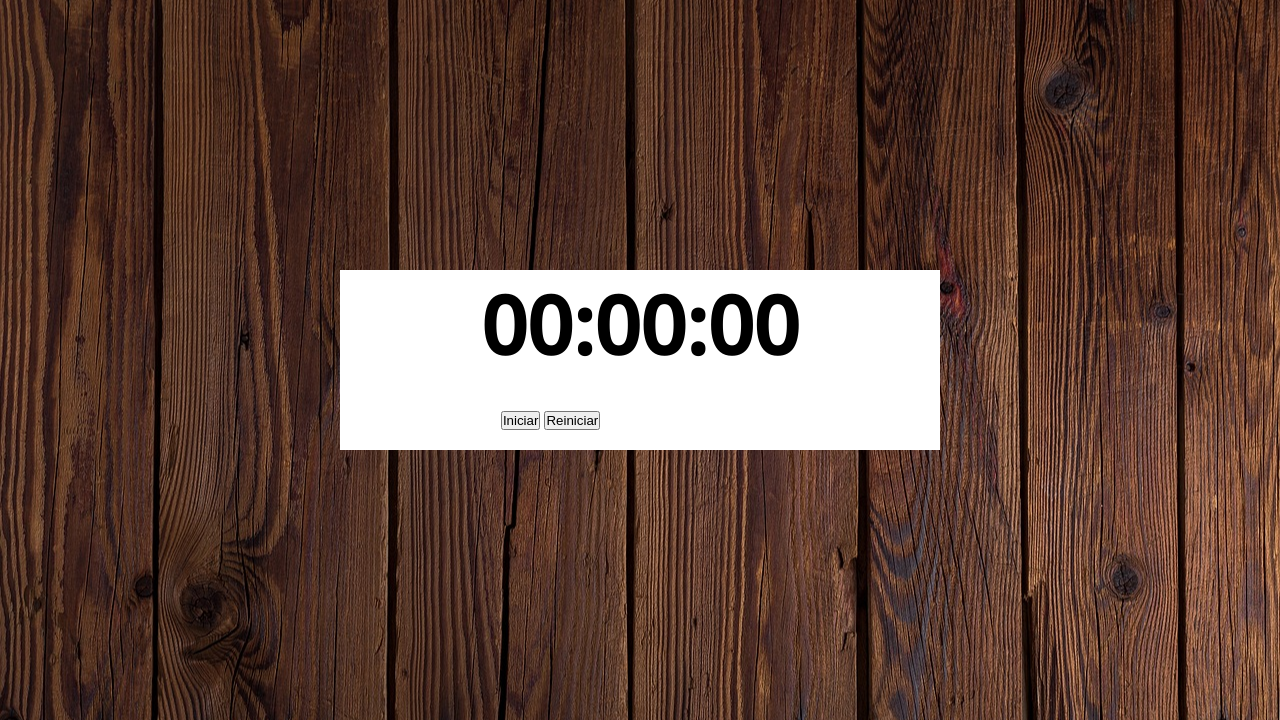
Repository: JoyMoGas/javascript-learn
Page: cronometro/index.html
These files come from the project's save history. The page is drawn as it stood at one moment and after the next save; the edit follows.
The browser window is 1280 px wide. The pictures show the whole page.

Above is the page before, as saved 2024-05-13 18:08:45.

After the next save:
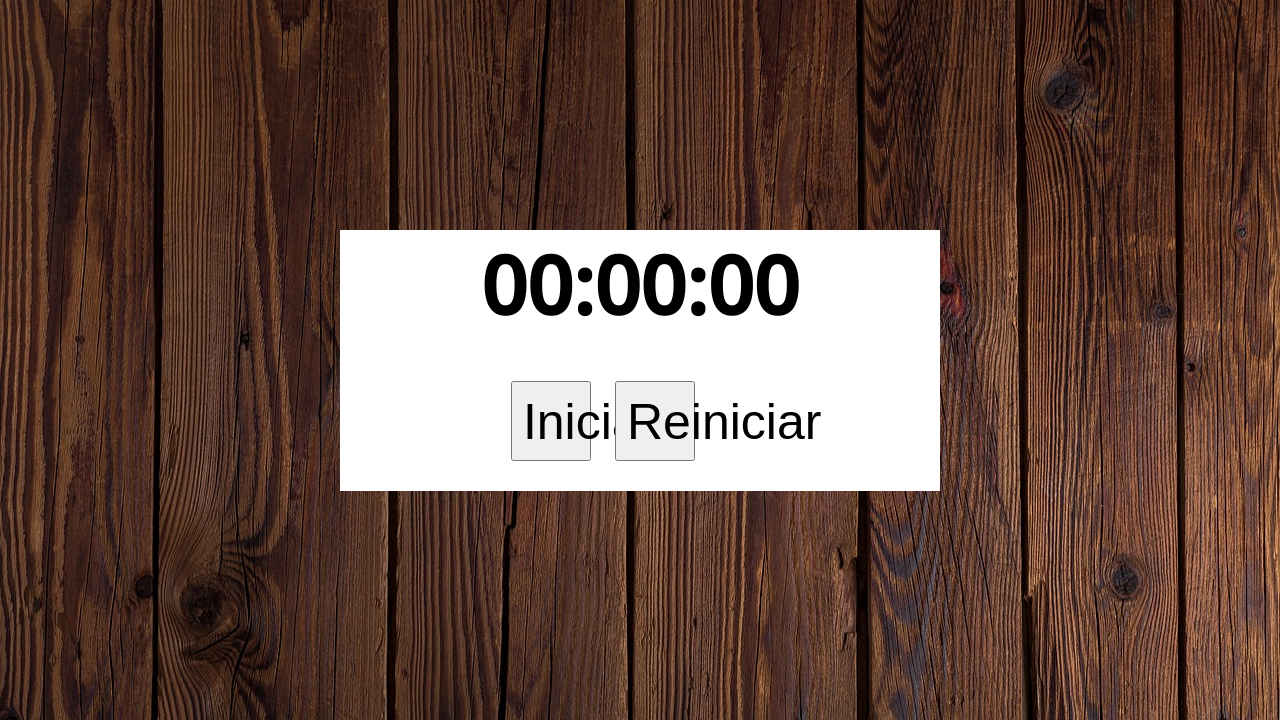
Saved 6 min 44 s later.
--- a/cronometro/styles.css
+++ b/cronometro/styles.css
@@ -1,4 +1,4 @@
-@import url('https://fonts.googleapis.com/css2?family=Courgette&family=Noto+Sans+Thai:wght@500&display=swap');
+@import url('https://fonts.googleapis.com/css2?family=Noto+Sans+Thai:wght@500&display=swap');
 
 /* Estilos Generales */
 
@@ -39,3 +39,12 @@ body {
   user-select: none;
   font-family: 'Noto Sans Thai', sans-serif;
 }
+
+/* Botones */
+.boton {
+  width: 80px;
+  height: 80px;
+  font-size: 50px;
+  margin: 10px;
+  padding: 10px;
+}
